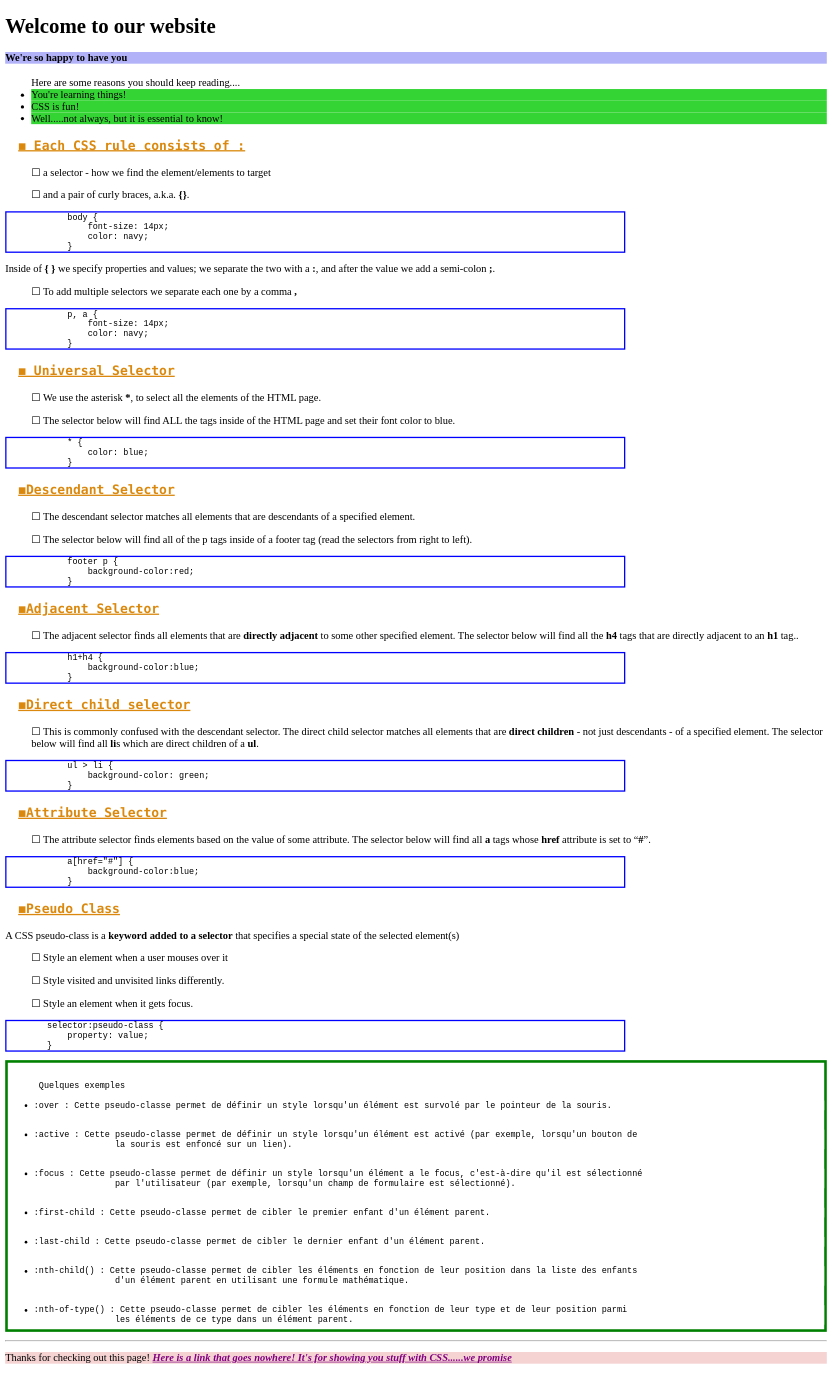
Repository: AnnaSpirit/Tests__
Page: CSS/Useful_Selectors.html
These files come from the project's save history. The page is drawn as it stood at one moment and after the next save; the edit follows.
The browser window is 1280 px wide. The pictures show the whole page, at 65% of full size.

Above is the page before, as saved 2024-04-01 18:13:57.

### CSS/Useful_Selectors.html
<!DOCTYPE html>
<html lang="en">
<head>
    <meta charset="UTF-8">
    <meta name="viewport" content="width=device-width, initial-scale=1.0">
    <title>Useful Selectors</title>
    <link rel="stylesheet" href="style_Selectors.css">
</head>
<body>
    <header>
        <h1>Welcome to our website</h1>
        <h4>We're so happy to have you</h4>
    </header>
    <section>
        <ul> Here are some reasons you should keep reading....
            <li>You're learning things!</li>
            <li>CSS is fun!</li>
            <li>Well.....not always, but it is essential to know!</li>
        </ul>
    </section>
    <section>
        <h3 style="padding-left: 20px;"> &#9724; Each CSS rule consists of :</h3>
            <p style="padding-left: 40px;"> &#9744; a selector - how we find the element/elements to target</p>
            <p style="padding-left: 40px;"> &#9744; and a pair of curly braces, a.k.a. <b>{}</b>.</p>
    <span >
        <pre style="border: 2px solid blue; margin-right: 310px">
            body {
                font-size: 14px;
                color: navy;
            }</pre></span>
    <p>Inside of <b>{ }</b> we specify properties and values; we separate the two with a <b>:</b>, and after the value we add a semi-colon <b>;</b>.</p>
            <p style="padding-left: 40px;"> &#9744; To add multiple selectors we separate each one by a comma <b>,</b></p>
    <span>
        <pre style="border: 2px solid blue; margin-right: 310px">
            p, a {
                font-size: 14px;
                color: navy;
            }</pre>
        </span>
        <h3 style="padding-left: 20px;"> &#9724; Universal Selector</h3>
        <p style="padding-left: 40px;">&#9744; We use the asterisk <b>*</b>, to select all the elements of the HTML page.</p>
        <p style="padding-left: 40px;">&#9744; The selector below will find ALL the tags inside of the HTML page and set their font color to blue.</p>
    <span>
        <pre style="border: 2px solid blue; margin-right: 310px">
            * {
                color: blue;
            }</pre>
    </span>
    <h3 style="padding-left: 20px;"> &#9724;Descendant Selector</h3>
    <p style="padding-left: 40px;">&#9744; The descendant selector matches all elements that are descendants of a specified element.</p>
    <p style="padding-left: 40px;">&#9744; The selector below will find all of the p tags inside of a footer tag (read the selectors from right to left).</p>
    <span>
        <pre style="border: 2px solid blue; margin-right: 310px">
            footer p {
                background-color:red;
            }</pre>
    </span>
    <h3 style="padding-left: 20px;"> &#9724;Adjacent Selector</h3>
    <p style="padding-left: 40px;">&#9744; The adjacent selector finds all elements that are <b>directly adjacent</b> to some other specified element. The selector below
    will find all the <b>h4</b> tags that are directly adjacent to an <b>h1</b> tag..</p>
    <span>
        <pre style="border: 2px solid blue; margin-right: 310px">
            h1+h4 {
                background-color:blue;
            }</pre>
    </span>
    <h3 style="padding-left: 20px;"> &#9724;Direct child selector</h3>
    <p style="padding-left: 40px;">&#9744; This is commonly confused with the descendant selector. The direct child selector matches all elements that are <b>direct
    children</b> - not just descendants - of a specified element. The selector below will find all <b>li</b>s which are direct children
    of a <b>ul</b>.</p>
    <span>
        <pre style="border: 2px solid blue; margin-right: 310px">
            ul > li {
                background-color: green;
            }</pre>
    </span>
    <h3 style="padding-left: 20px;"> &#9724;Attribute Selector</h3>
    <p style="padding-left: 40px;">&#9744; The attribute selector finds elements based on the value of some attribute. The selector below will find all <b>a</b> tags
    whose <b>href</b> attribute is set to “<b>#</b>”.</p>
    <span>
        <pre style="border: 2px solid blue; margin-right: 310px">
            a[href="#"] {
                background-color:blue;
            }</pre>
    </span>

    <h3 style="padding-left: 20px;"> &#9724;Pseudo Class</h3>
    <p>A CSS pseudo-class is a <b> keyword added to a selector</b> that specifies a special state of the selected element(s)</p>
    <p style="padding-left: 40px;">&#9744; Style an element when a user mouses over it</p>
    <p style="padding-left: 40px;">&#9744; Style visited and unvisited links differently.</p>
    <p style="padding-left: 40px;">&#9744; Style an element when it gets focus.</p>
    <span>
        <pre style="border: 2px solid blue; margin-right: 310px">
        selector:pseudo-class {
            property: value;
        }</pre>
    </span>
    <span>
        <pre style="border: 4px solid green; height: 410px";>
            <ul> Quelques exemples
                <li>:over : Cette pseudo-classe permet de définir un style lorsqu'un élément est survolé par le pointeur de la souris.</li>
                <li>:active : Cette pseudo-classe permet de définir un style lorsqu'un élément est activé (par exemple, lorsqu'un bouton de
                la souris est enfoncé sur un lien).</li>
                <li>:focus : Cette pseudo-classe permet de définir un style lorsqu'un élément a le focus, c'est-à-dire qu'il est sélectionné
                par l'utilisateur (par exemple, lorsqu'un champ de formulaire est sélectionné).</li>
                <li>:first-child : Cette pseudo-classe permet de cibler le premier enfant d'un élément parent.</li>
                <li>:last-child : Cette pseudo-classe permet de cibler le dernier enfant d'un élément parent.</li>
                <li>:nth-child() : Cette pseudo-classe permet de cibler les éléments en fonction de leur position dans la liste des enfants
                d'un élément parent en utilisant une formule mathématique.</li>
                <li>:nth-of-type() : Cette pseudo-classe permet de cibler les éléments en fonction de leur type et de leur position parmi
                les éléments de ce type dans un élément parent.</li>
            </ul>
        </pre>
    </span>
    </section>
    <hr>
    <footer>

        <p>
            Thanks for checking out this page!
            <a href="#">Here is a link that goes nowhere! It's for showing you stuff with CSS......we promise</a>
        </p>
    </footer>
</body>
</html>

### CSS/style_Selectors.css
/* Universal Selector */
/* * {
    color: brown;
} */
ul>li {
    background-color: rgb(53, 212, 53);
}

h3{
    color: rgb(218, 137, 14);
    font-family: "Lucida Console", Monaco, monospace;
    font-size: 20px;
    color: #DA890E;
    text-decoration: underline rgb(218, 137, 14);
}
h1+h4 {
    background-color: rgb(178, 178, 248);
}
a[href="#"] {
    color: purple;
    font-weight: bold;
    font-style: italic;
}

footer p {
    background-color: rgb(245, 211, 211);
}
pre>ul>li {
    background-color: white;
}

After the next save:
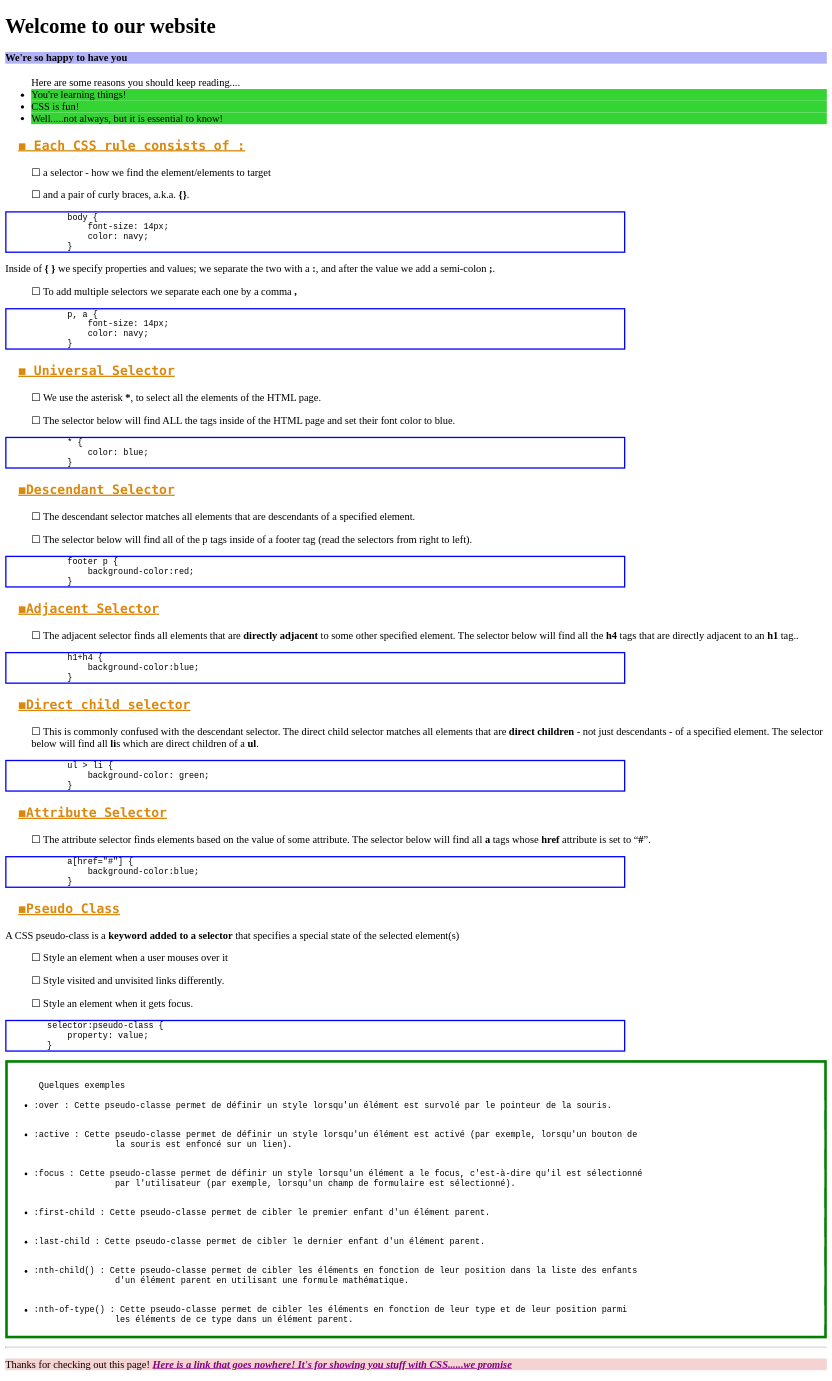
Saved 35 s later.
--- a/CSS/Useful_Selectors.html
+++ b/CSS/Useful_Selectors.html
@@ -96,7 +96,7 @@
         }</pre>
     </span>
     <span>
-        <pre style="border: 4px solid green; height: 410px";>
+        <pre style="border: 4px solid green; height: 420px";>
             <ul> Quelques exemples
                 <li>:over : Cette pseudo-classe permet de définir un style lorsqu'un élément est survolé par le pointeur de la souris.</li>
                 <li>:active : Cette pseudo-classe permet de définir un style lorsqu'un élément est activé (par exemple, lorsqu'un bouton de
